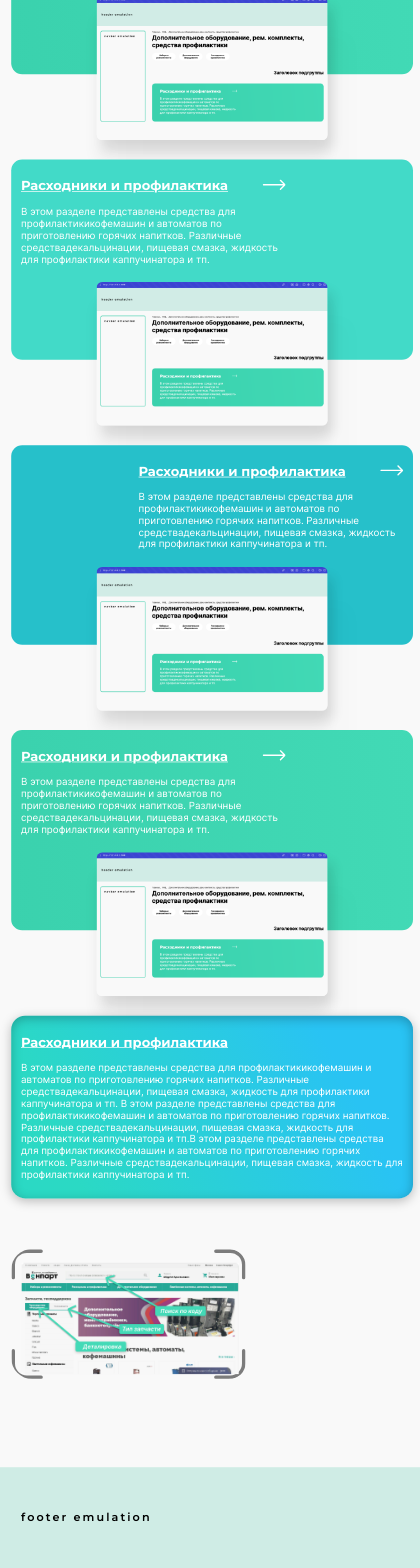
Repository: axonde/venpart-faq-pages
Page: index.html
The author's editor kept a copy of each file at every save. The page is drawn from the files as they stood at one save, then again after the next save.
The browser window is 600 px wide. The pictures show the part of the page from y = 830 to 3070 px (the page is 3070 px tall), at 70% of full size.

Above is the page before, as saved 2024-02-28 20:37:00.

After the next save:
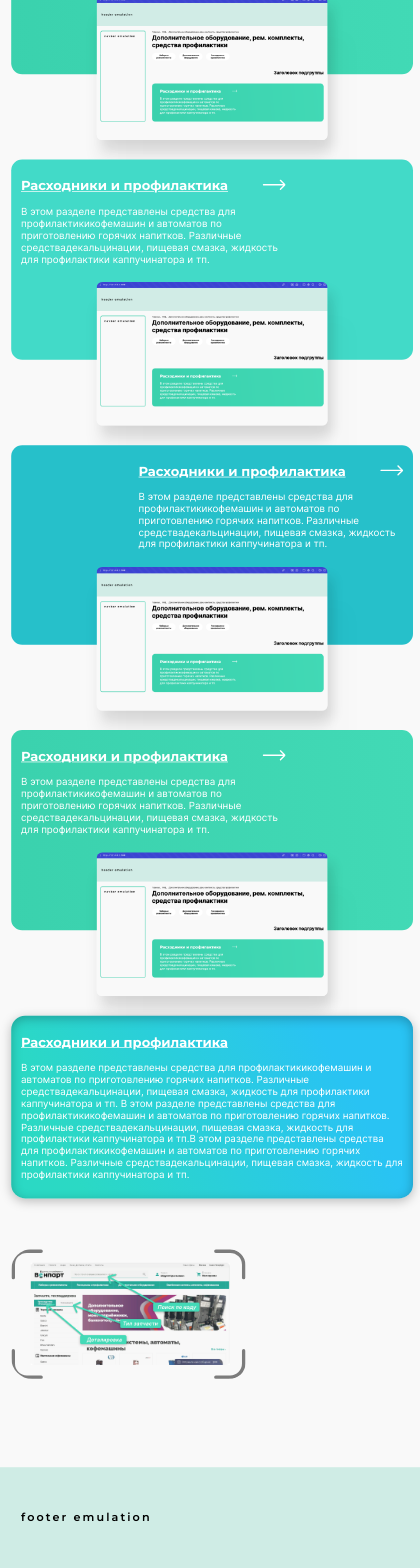
Saved 10 s later.
--- a/style.css
+++ b/style.css
@@ -712,7 +712,7 @@ scrollbar-width: none; /* Firefox */}
 		background-size: contain;
 		background-repeat: no-repeat; box-shadow: none; width: 340px;
 		height: 186px;}
-	.faq__image img {object-fit: contain;}
+	.faq__image img {object-fit: contain; width: 100%; height: 100%;}
 }
 
 
